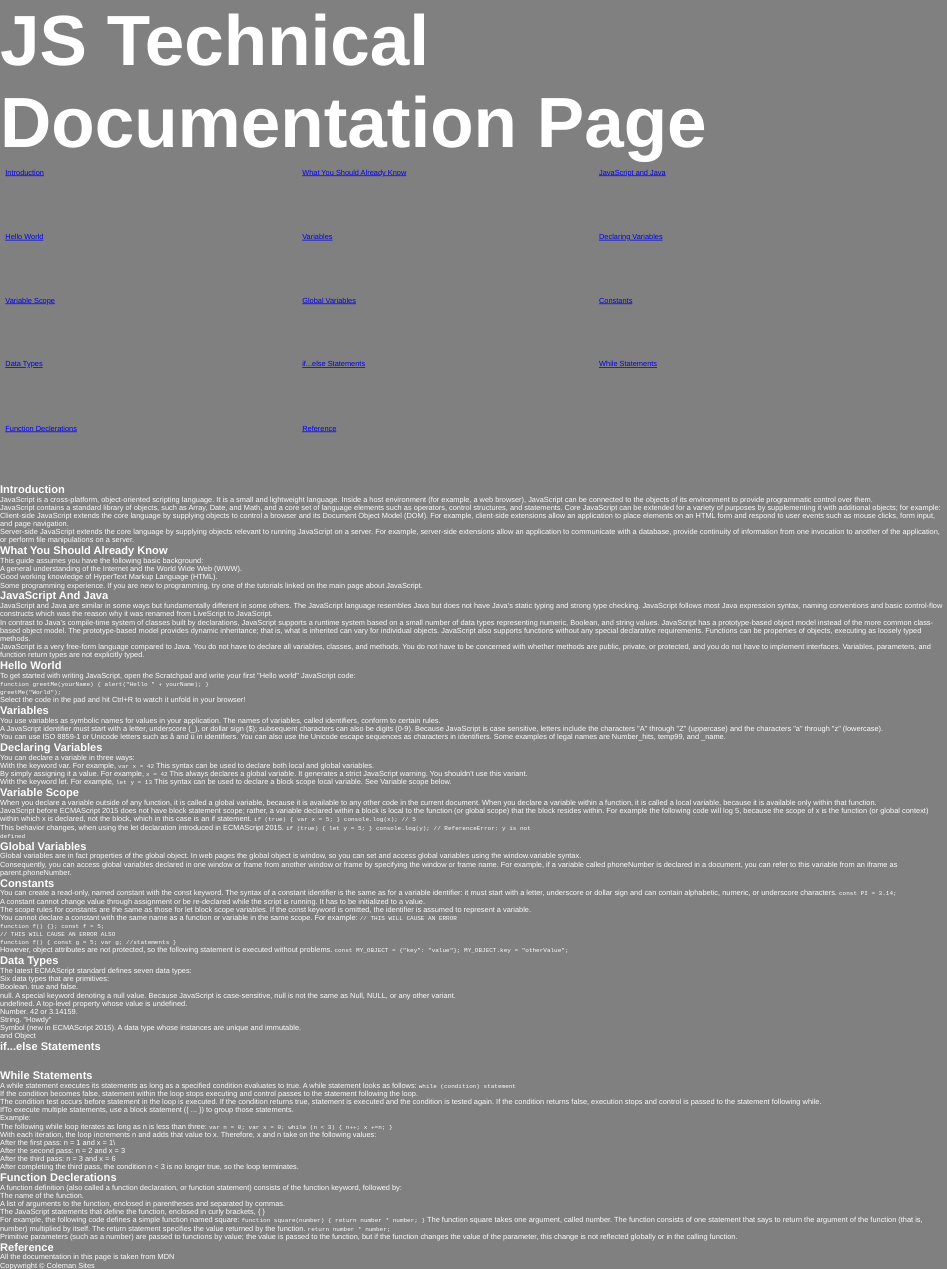
Repository: ctcoleman/technicalDocumentationPage
Page: index.html
These files come from the project's save history. The page is drawn as it stood at one moment and after a run of saves; the edit follows.
The browser window is 1280 px wide. The pictures show the whole page, at 74% of full size.

Above is the page before, as saved 2020-07-10 19:42:20.

### index.html
<!DOCTYPE html>
<html lang="en">

<head>
  <meta charset="UTF-8">
  <meta name="viewport" content="width=device-width, initial-scale=1.0">
  <title>FCC: Technical Documentation Page</title>
  <link type="text/css" rel="stylesheet" href="/assets/stylesheets/style.css">
</head>

<body>

  <nav id="navbar">
    <header id="main-heading">
      <h1>JS Technical Documentation Page</h1>
    </header>
    <div class="nav-container">
      <a class="nav-link" href="#introduction">Introduction</a>
      <a class="nav-link" href="#what_you_should_already_know">What You Should Already Know</a>
      <a class="nav-link" href="#javaScript_and_java">JavaScript and Java</a>
      <a class="nav-link" href="#hello_world">Hello World</a>
      <a class="nav-link" href="#variables">Variables</a>
      <a class="nav-link" href="#declaring_variables">Declaring Variables</a>
      <a class="nav-link" href="#variable_scope">Variable Scope</a>
      <a class="nav-link" href="#global_variables">Global Variables</a>
      <a class="nav-link" href="#constants">Constants</a>
      <a class="nav-link" href="#data_types">Data Types</a>
      <a class="nav-link" href="#if...else_statements">if...else Statements</a>
      <a class="nav-link" href="#while_statements">While Statements</a>
      <a class="nav-link" href="#function_declerations">Function Declerations</a>
      <a class="nav-link" href="#reference">Reference</a>
    </div>
  </nav>

  <main id="main-doc">

    <section class="main-section" id="introduction">
      <header class="topic-header">
        <h2>Introduction</h2>
      </header>
      <article>
        <p>
          JavaScript is a cross-platform, object-oriented scripting language. It is a small and lightweight language.
          Inside a host environment (for example, a web browser), JavaScript can be connected to the objects of its
          environment to provide programmatic control over them.
        </p>
        <p>
          JavaScript contains a standard library of objects, such as Array, Date, and Math, and a core set of language
          elements such as operators, control structures, and statements. Core JavaScript can be extended for a variety
          of purposes by supplementing it with additional objects; for example:
        <ul>
          <li>Client-side JavaScript extends the core language by supplying objects to control a browser and its
            Document Object Model (DOM). For example, client-side extensions allow an application to place elements on
            an HTML form and respond to user events such as mouse clicks, form input, and page navigation.</li>
          <li>Server-side JavaScript extends the core language by supplying objects relevant to running JavaScript on a
            server. For example, server-side extensions allow an application to communicate with a database, provide
            continuity of information from one invocation to another of the application, or perform file manipulations
            on a server.</li>
        </ul>
        </p>
      </article>
    </section>

    <section class="main-section" id="what_you_should_already_know">
      <header class="topic-header">
        <h2>What You Should Already Know</h2>
      </header>
      <article>
        <p>
          This guide assumes you have the following basic background:
        <ul>
          <li>A general understanding of the Internet and the World Wide Web (WWW).
          </li>
          <li>Good working knowledge of HyperText Markup Language (HTML).
          </li>
          <li>Some programming experience. If you are new to programming, try one of the tutorials linked on the main
            page about JavaScript.
          </li>
        </ul>
        </p>
      </article>
    </section>

    <section class="main-section" id="javaScript_and_java">
      <header class="topic-header">
        <h2>JavaScript And Java</h2>
      </header>
      <article>
        <p>
          JavaScript and Java are similar in some ways but fundamentally different in some others. The JavaScript
          language resembles Java but does not have Java's static typing and strong type checking. JavaScript follows
          most Java expression syntax, naming conventions and basic control-flow constructs which was the reason why it
          was renamed from LiveScript to JavaScript.
        </p>
        <p>
          In contrast to Java's compile-time system of classes built by declarations, JavaScript supports a runtime
          system based on a small number of data types representing numeric, Boolean, and string values. JavaScript has
          a prototype-based object model instead of the more common class-based object model. The prototype-based model
          provides dynamic inheritance; that is, what is inherited can vary for individual objects. JavaScript also
          supports functions without any special declarative requirements. Functions can be properties of objects,
          executing as loosely typed methods.
        </p>
        <p>
          JavaScript is a very free-form language compared to Java. You do not have to declare all variables, classes,
          and methods. You do not have to be concerned with whether methods are public, private, or protected, and you
          do not have to implement interfaces. Variables, parameters, and function return types are not explicitly
          typed.
        </p>
      </article>
    </section>

    <section class="main-section" id="hello_world">
      <header class="topic-header">
        <h2>Hello World</h2>
      </header>
      <article>
        <p>
          To get started with writing JavaScript, open the Scratchpad and write your first "Hello world" JavaScript
          code:
        </p>
        <code>
          function greetMe(yourName) { alert("Hello " + yourName); }<br>
          greetMe("World");
        </code>
        <p>
          Select the code in the pad and hit Ctrl+R to watch it unfold in your browser!
        </p>
      </article>
    </section>

    <section class="main-section" id="variables">
      <header class="topic-header">
        <h2>Variables</h2>
      </header>
      <article>
        <p>
          You use variables as symbolic names for values in your application. The names of variables, called
          identifiers, conform to certain rules.
        </p>
        <p>
          A JavaScript identifier must start with a letter, underscore (_), or dollar sign ($); subsequent characters
          can also be digits (0-9). Because JavaScript is case sensitive, letters include the characters "A" through "Z"
          (uppercase) and the characters "a" through "z" (lowercase).
        </p>
        <p>
          You can use ISO 8859-1 or Unicode letters such as å and ü in identifiers. You can also use the Unicode escape
          sequences as characters in identifiers. Some examples of legal names are Number_hits, temp99, and _name.
        </p>
      </article>
    </section>

    <section class="main-section" id="declaring_variables">
      <header class="topic-header">
        <h2>Declaring Variables</h2>
      </header>
      <article>
        <p>
          You can declare a variable in three ways:
        </p>
        <p>
          With the keyword var. For example,
          <code> var x = 42</code>
          This syntax can be used to declare both local and global variables.
        </p>
        <p>
          By simply assigning it a value. For example,
          <code>x = 42</code>
          This always declares a global variable. It generates a strict JavaScript warning. You shouldn't use this
          variant.
        </p>
        <p>
          With the keyword let. For example,
          <code>let y = 13</code>
          This syntax can be used to declare a block scope local variable. See Variable scope below.
        </p>
      </article>
    </section>

    <section class="main-section" id="variable_scope">
      <header class="topic-header">
        <h2>Variable Scope</h2>
      </header>
      <article>
        <p>
          When you declare a variable outside of any function, it is called a global variable, because it is available
          to any other code in the current document. When you declare a variable within a function, it is called a local
          variable, because it is available only within that function.
        </p>
        <p>
          JavaScript before ECMAScript 2015 does not have block statement scope; rather, a variable declared within a
          block is local to the function (or global scope) that the block resides within. For example the following code
          will log 5, because the scope of x is the function (or global context) within which x is declared, not the
          block, which in this case is an if statement.
          <code>if (true) { var x = 5; } console.log(x); // 5</code>
        </p>
        <p>
          This behavior changes, when using the let declaration introduced in ECMAScript 2015.
          <code>if (true) { let y = 5; } console.log(y); // ReferenceError: y is not<br>
          defined</code>
        </p>
      </article>
    </section>

    <section class="main-section" id="global_variables">
      <header class="topic-header">
        <h2>Global Variables</h2>
      </header>
      <article>
        <p>
          Global variables are in fact properties of the global object. In web pages the global object is window, so you
          can set and access global variables using the window.variable syntax.
        </p>
        <p>
          Consequently, you can access global variables declared in one window or frame from another window or frame by
          specifying the window or frame name. For example, if a variable called phoneNumber is declared in a document,
          you can refer to this variable from an iframe as parent.phoneNumber.
        </p>
      </article>
    </section>

    <section class="main-section" id="constants">
      <header class="topic-header">
        <h2>Constants</h2>
      </header>
      <article>
        <p>
          You can create a read-only, named constant with the const keyword. The syntax of a constant identifier is the
          same as for a variable identifier: it must start with a letter, underscore or dollar sign and can contain
          alphabetic, numeric, or underscore characters.
          <code>const PI = 3.14;</code>
        </p>
        <p>
          A constant cannot change value through assignment or be re-declared while the script is running. It has to be
          initialized to a value.
          <br>
          The scope rules for constants are the same as those for let block scope variables. If the const keyword is
          omitted, the identifier is assumed to represent a variable.
          <br>
          You cannot declare a constant with the same name as a function or variable in the same scope. For example:
          <code>
            // THIS WILL CAUSE AN ERROR<br> function f() {}; const f = 5;<br> // THIS WILL
            CAUSE AN ERROR ALSO<br> function f() { const g = 5; var g; //statements
            }
          </code>
        </p>
        <p>
          However, object attributes are not protected, so the following statement is executed without problems.

          <code>
            const MY_OBJECT = {"key": "value"}; MY_OBJECT.key = "otherValue";
          </code>
        </p>
      </article>
    </section>

    <section class="main-section" id="data_types">
      <header class="topic-header">
        <h2>Data Types</h2>
      </header>
      <article>
        <p>
          The latest ECMAScript standard defines seven data types:
        <ul>
          <li>Six data types that are primitives:</li>
          <ul>
            <li>Boolean. true and false.</li>
            <li>null. A special keyword denoting a null value. Because JavaScript is case-sensitive, null is not the
              same as Null, NULL,
              or any other variant.</li>
            <li>undefined. A top-level property whose value is undefined.</li>
            <li>Number. 42 or 3.14159.</li>
            <li>String. "Howdy"</li>
            <li>Symbol (new in ECMAScript 2015). A data type whose instances are unique and immutable.</li>
          </ul>
          <li>and Object</li>
        </ul>
        </p>
        <p>

        </p>
      </article>
    </section>

    <section class="main-section" id="if...else_statements">
      <header class="topic-header">
        <h2>if...else Statements</h2>
      </header>
      <article>
        <p>
        <ul>
          <li></li>
          <li></li>
        </ul>
        </p>
        <p>

        </p>
      </article>
    </section>

    <section class="main-section" id="while_statements">
      <header class="topic-header">
        <h2>While Statements</h2>
      </header>
      <article>
        <p>
          A while statement executes its statements as long as a specified condition evaluates to true. A while
          statement looks as
          follows:
          <code>while (condition) statement</code>
        </p>
        <p>
          If the condition becomes false, statement within the loop stops executing and control passes to the statement
          following the loop.
          <br>
          The condition test occurs before statement in the loop is executed. If the condition returns true, statement
          is executed and the condition is tested again. If the condition returns false, execution stops and control is
          passed to the statement following while.
        </p>
        <p>
          IfTo execute multiple statements, use a block statement ({ ... }) to group those statements.
          <br>
          Example:
          <br>
          The following while loop iterates as long as n is less than three:
          <code>
            var n = 0; var x = 0; while (n < 3) { n++; x +=n; }
          </code>
        </p>
        <p>
          With each iteration, the loop increments n and adds that value to x. Therefore, x and n take on the following
          values:
        <ul>
          <li>
            After the first pass: n = 1 and x = 1\
          </li>
          <li>
            After the second pass: n = 2 and x = 3
          </li>
          <li>
            After the third pass: n = 3 and x = 6
          </li>
        </ul>
        After completing the third pass, the condition n < 3 is no longer true, so the loop terminates. </p>
      </article>
    </section>

    <section class="main-section" id="function_declerations">
      <header class="topic-header">
        <h2>Function Declerations</h2>
      </header>
      <article>
        <p>
          A function definition (also called a function declaration, or function statement) consists of the function
          keyword, followed by:
        <ul>
          <li>The name of the function.</li>
          <li>A list of arguments to the function, enclosed in parentheses and separated by commas.</li>
          <li>The JavaScript statements that define the function, enclosed in curly brackets, { }</li>
        </ul>
        </p>
        For example, the following code defines a simple function named square:
        <code>function square(number) { return number * number; }</code>
        The function square takes one argument, called number. The function consists of one statement that says to
        return the
        argument of the function (that is, number) multiplied by itself. The return statement specifies the value
        returned by
        the function.
        <code>return number * number;</code>

        <p>
          Primitive parameters (such as a number) are passed to functions by value; the value is passed to the function,
          but if the function changes the value of the parameter, this change is not reflected globally or in the
          calling function.
        </p>
      </article>
    </section>

    <section class="main-section" id="reference">
      <header class="topic-header">
        <h2>Reference</h2>
      </header>
      <article>
        <p>
          All the documentation in this page is taken from MDN
          <p />
      </article>
    </section>

    <footer id="footer-wrapper">
      <span>Copywright &copy; Coleman Sites</span>
    </footer>
  </main>
  <script src="https://cdn.freecodecamp.org/testable-projects-fcc/v1/bundle.js"></script>
</body>

</html>

### assets/stylesheets/style.css
/** Basic Styling **/
* {
  margin: 0;
  padding: 0;
  outline: 0;
  box-sizing: border-box;
}

body {
 background: grey;
 color: white;
 -webkit-font-smoothing: antialiased;
}

body,
input,
button {
 font-size: 62.5%;
 font-family: 'Helvetica';
}

button {
 cursor: pointer;
}

/** NavBar Styling **/

/** Heading Stying **/

#main-heading h1 {
  font-size: 6rem;
}

.nav-container {
  pois
  display: flex;
  flex-direction: column;
}

.nav-container .nav-link {
  display: inline-block;
  width: 30vw;
  height: 10vh;
  margin: 1vh;
}

After the next 2 saves:
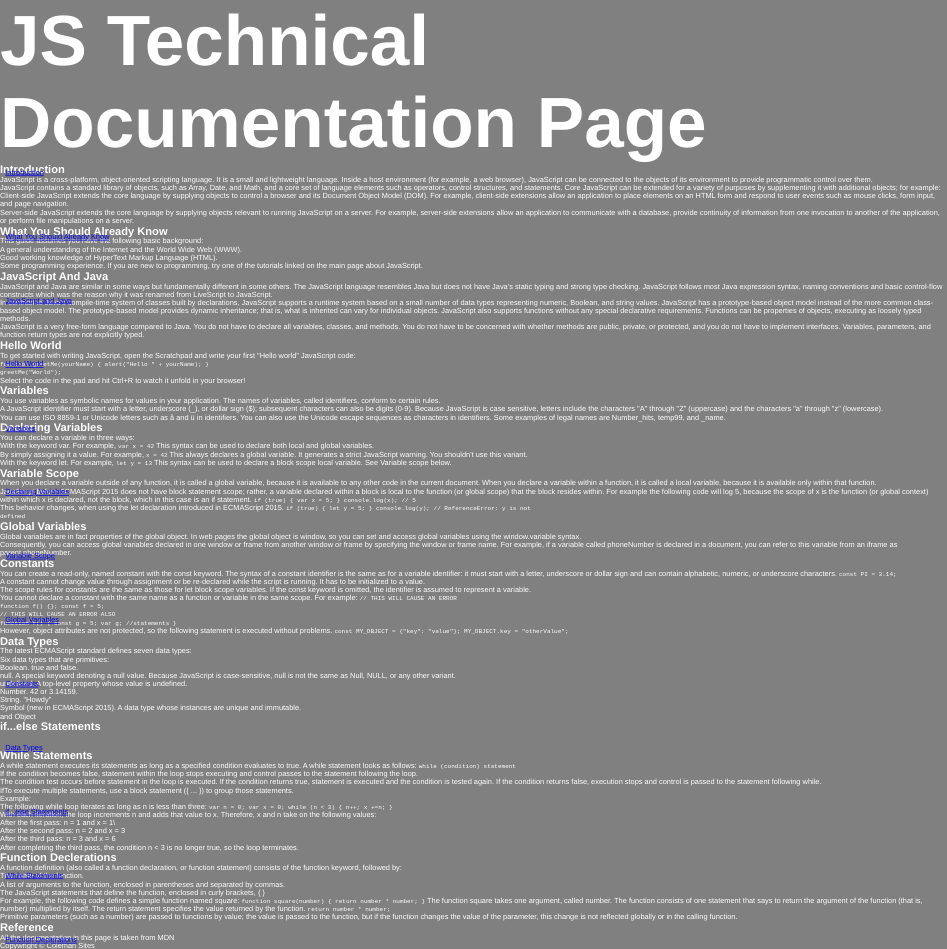
The 2 saves are shown as one change because they came seconds apart.
The last was saved 13 s later.
--- a/assets/stylesheets/style.css
+++ b/assets/stylesheets/style.css
@@ -32,7 +32,8 @@ button {
 }
 
 .nav-container {
-  pois
+  position: fixed;
+  left: 0;
   display: flex;
   flex-direction: column;
 }
